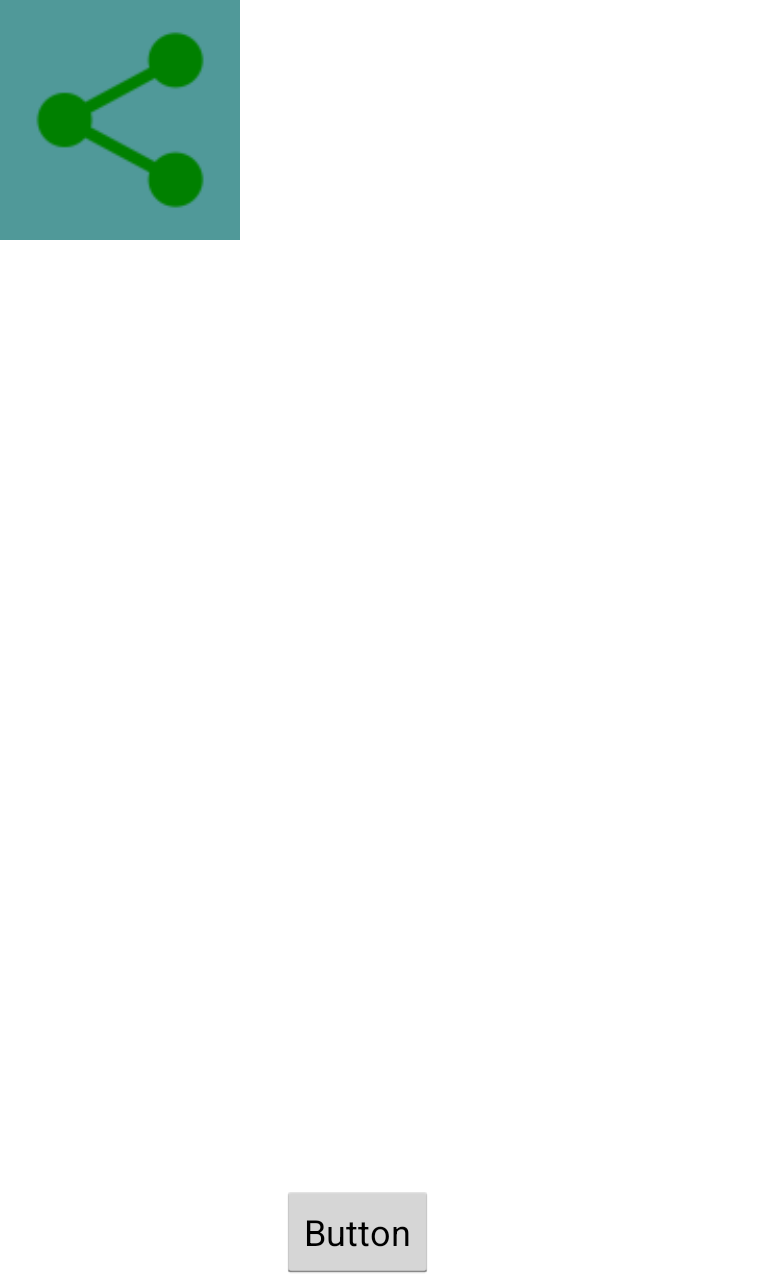
Repository: kakusio/AndoidMedics
Layout: NfcAndroidCliente/res/layout/remove_medic_details.xml
An editor plug-in stored every save of this project. The layout is shown before and after the next save, followed by the edit.
It is drawn on a 768 x 1280 px phone screen (xhdpi) without system bars, with theme AppTheme; the app's code is not run.

Above is the layout before, as saved 2013-03-29 20:03:46.

After the next save:
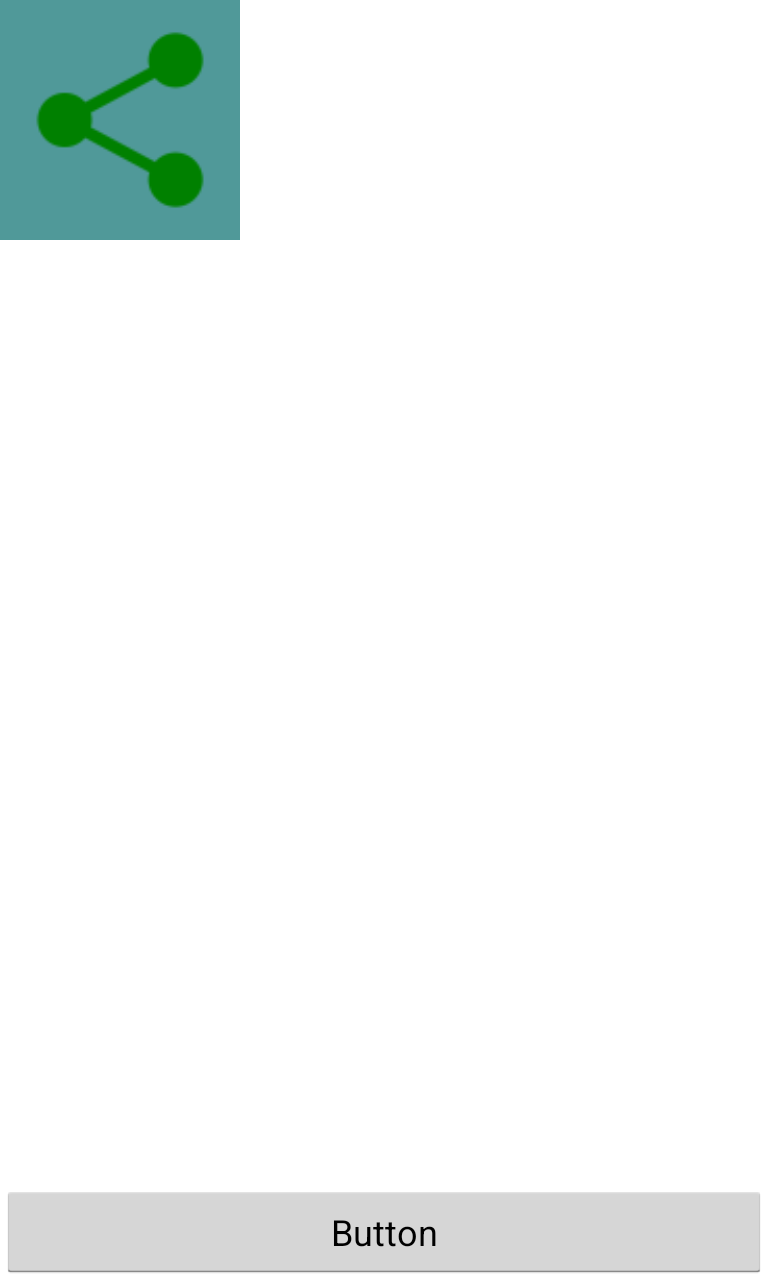
Saved 19 s later.
--- a/NfcAndroidCliente/res/layout/remove_medic_details.xml
+++ b/NfcAndroidCliente/res/layout/remove_medic_details.xml
@@ -40,6 +40,14 @@
             android:src="@drawable/ic_launcher"
             android:contentDescription= "@string/app_name" />
     </FrameLayout>
-    <Button android:id="@+id/button1" android:layout_width="wrap_content" android:layout_height="wrap_content" android:text="Button" android:layout_alignLeft="@+id/frameLayout2" android:layout_alignParentBottom="true" android:layout_marginLeft="20dp"/>
+
+    <Button
+        android:id="@+id/button1"
+        android:layout_width="wrap_content"
+        android:layout_height="wrap_content"
+        android:layout_alignParentBottom="true"
+        android:layout_alignParentLeft="true"
+        android:layout_alignParentRight="true"
+        android:text="Button" />
 
 </RelativeLayout>
